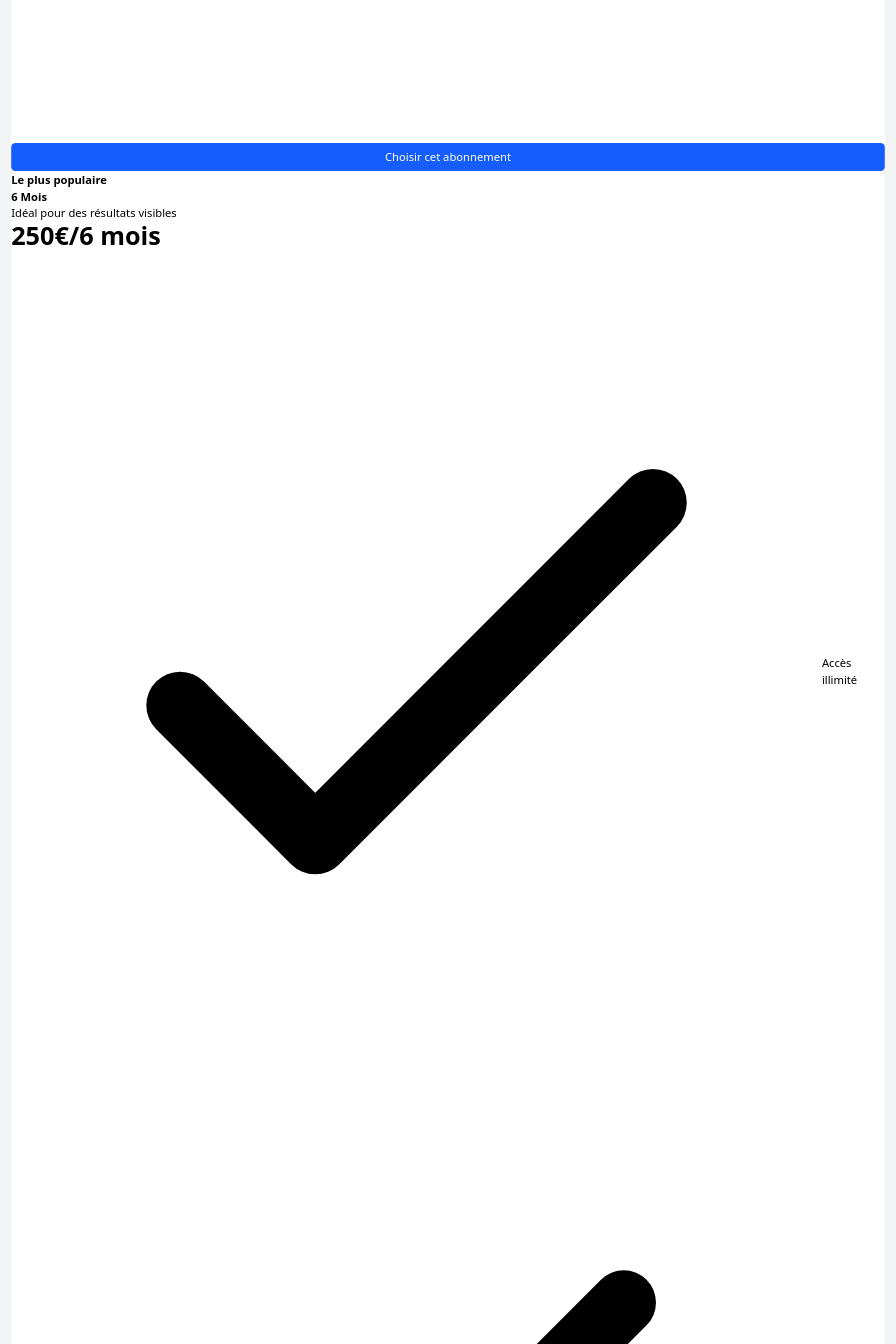
Repository: fahchouchsm/clubSportifWeb
Page: src/pages/showPricing.html
The author's editor kept a copy of each file at every save. The page is drawn from the files as they stood at one save, then again after the next save.
The browser window is 1280 px wide. The pictures show the part of the page from y = 3409 to 5329 px (the page is 14182 px tall before and 14158 px after), at 70% of full size.

Above is the page before, as saved 2025-04-19 18:43:36.

After the next save:
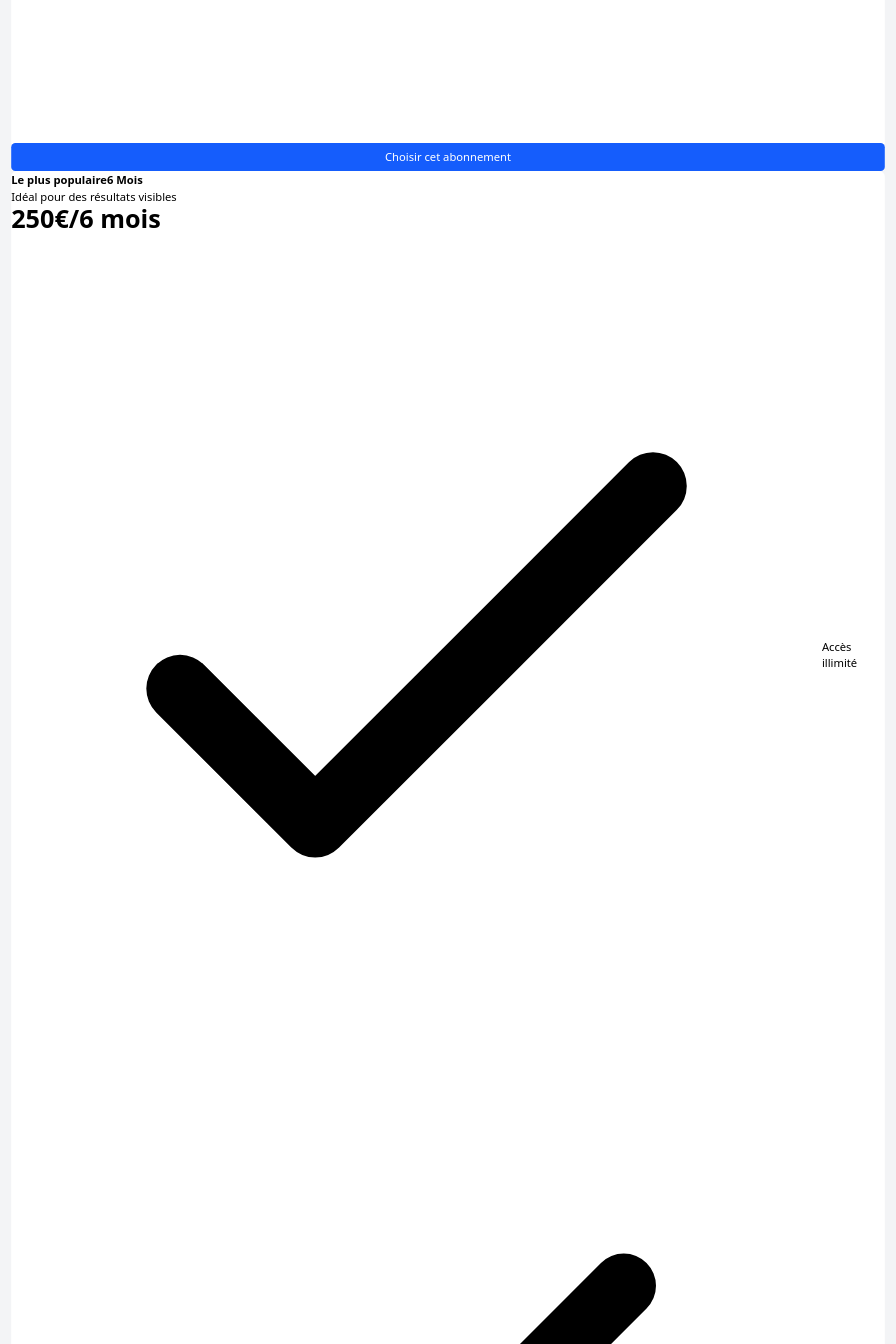
Saved 11 s later.
--- a/src/pages/showPricing.html
+++ b/src/pages/showPricing.html
@@ -85,7 +85,7 @@
         <div
           class="flex flex-1 flex-col rounded-lg border-2 border-blue-600 bg-white p-6 shadow-md transition-transform duration-300 hover:scale-105"
         >
-          <div class="">
+          <div class="flex justify-between">
             <div class="mb-2">
               <span
                 class="rounded-full bg-blue-100 px-3 py-1 text-xs font-semibold text-blue-800"
